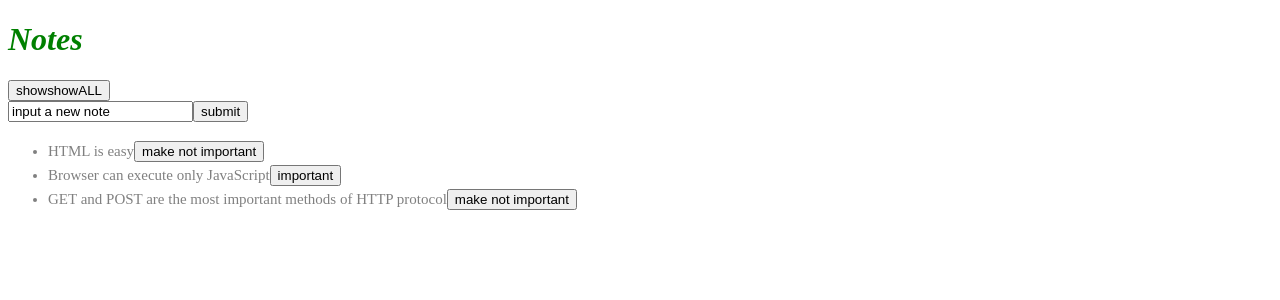
Repository: 2Lavine/fullstack
Page: / (app in part2/)
These files come from the project's save history. The page is drawn as it stood at one moment and after the next save; the edit follows.
The browser window is 1280 px wide. The pictures show the whole page.
The project was rebuilt for these pictures with package versions that can differ from the ones it lists, and the page was loaded fresh each time. Requests to the local data server were answered from the project's data file.

Above is the page before, as saved 2020-09-06 16:57:17.

After the next save:
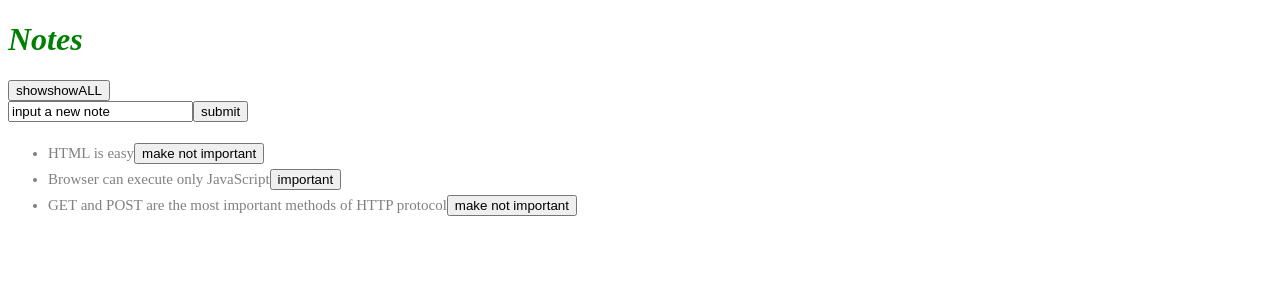
Saved 99 s later.
--- a/part2/src/components/Note.js
+++ b/part2/src/components/Note.js
@@ -3,7 +3,7 @@ import React from "react";
 const Note = ({ note, toggleImportance }) => {
   const label = note.important ? "make not important" : "important";
   return (
-    <li>
+    <li className="note">
       {note.content}
       <button onClick={toggleImportance}>{label}</button>
     </li>
